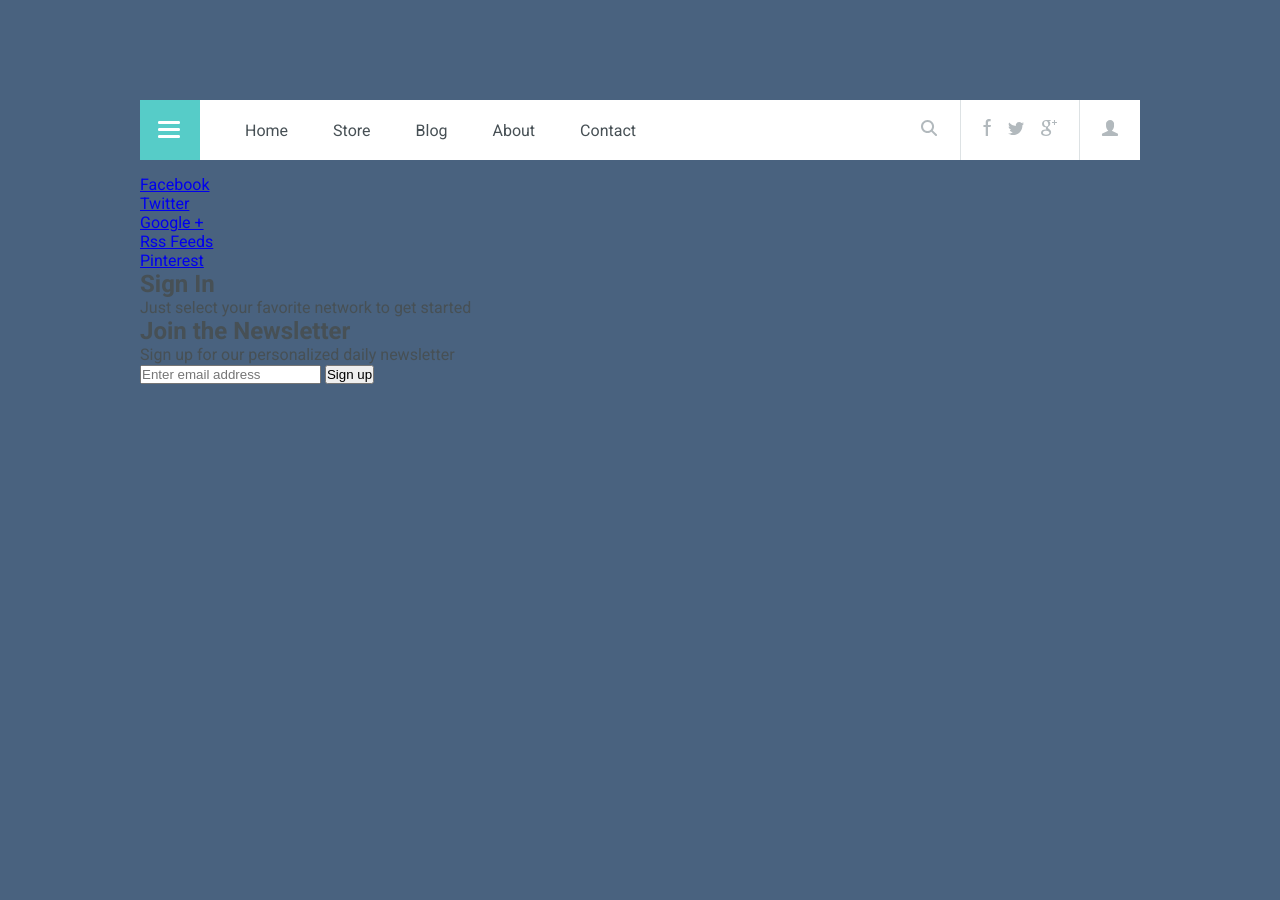
Repository: pawelczubak/WeeklyWebDevChallenge
Page: Challenge_4/index.html
The author's editor kept a copy of each file at every save. The page is drawn from the files as they stood at one save, then again after the next save.
The browser window is 1280 px wide. The pictures show the whole page.
Some web libraries are served in a nearby version.

Above is the page before, as saved 2020-04-27 19:00:51.

### Challenge_4/index.html
<!DOCTYPE html>
<html lang="en">

<head>
    <meta charset="UTF-8">
    <meta name="viewport" content="width=device-width, initial-scale=1.0">

    <title>Weekly WebDev Challenge - 4</title>

    <link href="https://fonts.googleapis.com/css2?family=Roboto:wght@300;400;700&display=swap" rel="stylesheet">
    <script src="https://kit.fontawesome.com/f64caa1a2c.js" crossorigin="anonymous"></script>

    <meta name="viewport" content="width = device-width, initial-scale=1, user-scalable=yes">
    <link rel="stylesheet" href="css/main.css">
</head>

<body>
    <div class="container">
        <!--  -----  NAVIGATION START  -----  -->
        <nav class="nav">
            <div class="nav-button">

                <svg xmlns="http://www.w3.org/2000/svg" xmlns:xlink="http://www.w3.org/1999/xlink" width="0.24in"
                    height="0.18in">
                    <path fill-rule="evenodd" fill="rgb(255, 255, 255)"
                        d="M20.653,17.008 L1.347,17.008 C0.603,17.008 -0.000,16.417 -0.000,15.690 L-0.000,15.372 C-0.000,14.644 0.603,14.055 1.347,14.055 L20.653,14.055 C21.397,14.055 22.000,14.644 22.000,15.372 L22.000,15.690 C22.000,16.417 21.397,17.008 20.653,17.008 ZM20.653,9.980 L1.347,9.980 C0.603,9.980 -0.000,9.390 -0.000,8.662 L-0.000,8.344 C-0.000,7.617 0.603,7.027 1.347,7.027 L20.653,7.027 C21.397,7.027 22.000,7.617 22.000,8.344 L22.000,8.662 C22.000,9.390 21.397,9.980 20.653,9.980 ZM20.653,2.952 L1.347,2.952 C0.603,2.952 -0.000,2.362 -0.000,1.635 L-0.000,1.317 C-0.000,0.589 0.603,-0.001 1.347,-0.001 L20.653,-0.001 C21.397,-0.001 22.000,0.589 22.000,1.317 L22.000,1.635 C22.000,2.362 21.397,2.952 20.653,2.952 Z" />
                </svg>

            </div>
            <ul class="nav-list">
                <li class="nav-list__item"><a href="#" class="nav-list__link">Home</a></li>
                <li class="nav-list__item"><a href="#" class="nav-list__link">Store</a></li>
                <li class="nav-list__item"><a href="#" class="nav-list__link">Blog</a></li>
                <li class="nav-list__item"><a href="#" class="nav-list__link">About</a></li>
                <li class="nav-list__item"><a href="#" class="nav-list__link">Contact</a></li>
            </ul>
            <div class="nav-icons">
                <div class="nav-icons__search">
                    <a href="#" class="nav-link__icon">
                        <svg xmlns="http://www.w3.org/2000/svg" xmlns:xlink="http://www.w3.org/1999/xlink"
                            width="0.18in" height="0.17in">
                            <path class="nav-icons__svg" fill-rule="evenodd" fill="rgb(178, 185, 189)"
                                d="M15.728,14.309 L11.786,10.388 C12.600,9.303 13.088,7.963 13.088,6.504 C13.088,2.908 10.157,-0.006 6.541,-0.006 C2.926,-0.006 -0.005,2.908 -0.005,6.504 C-0.005,10.100 2.926,13.014 6.541,13.014 C7.963,13.014 9.275,12.558 10.349,11.793 L14.304,15.726 C14.697,16.117 15.335,16.117 15.728,15.726 C16.121,15.335 16.121,14.700 15.728,14.309 ZM6.541,11.011 C4.038,11.011 2.009,8.994 2.009,6.504 C2.009,4.015 4.038,1.996 6.541,1.996 C9.044,1.996 11.073,4.015 11.073,6.504 C11.073,8.994 9.044,11.011 6.541,11.011 Z" />
                        </svg>
                    </a>
                </div>
                <ul class="nav-icons__social-list">
                    <li class="nav-icons__social-icons">
                        <a href="#" class="nav-link__icon">
                            <svg xmlns="http://www.w3.org/2000/svg" xmlns:xlink="http://www.w3.org/1999/xlink"
                                width="0.09in" height="0.18in">
                                <path class="nav-icons__svg" fill-rule="evenodd" fill="rgb(178, 185, 189)"
                                    d="M7.672,0.063 L6.069,0.063 C6.069,0.063 2.724,-0.188 2.724,3.338 C2.724,4.092 2.724,6.011 2.724,6.011 L0.453,6.011 L0.459,7.910 L2.723,7.910 L2.725,17.002 L5.000,17.002 L5.000,7.910 L7.507,7.910 L8.042,6.011 L5.013,6.011 L5.013,3.266 C5.013,3.266 4.988,2.341 6.072,2.341 L7.662,2.341 L7.672,0.063 Z" />
                            </svg>
                        </a>
                    </li>
                    <li class="nav-icons__social-icons">
                        <a href="#" class="nav-link__icon">
                            <svg xmlns="http://www.w3.org/2000/svg" xmlns:xlink="http://www.w3.org/1999/xlink"
                                width="0.17in" height="0.14in">
                                <path class="nav-icons__svg" fill-rule="evenodd" fill="rgb(178, 185, 189)"
                                    d="M16.027,1.547 C15.437,1.809 14.803,1.985 14.138,2.065 C14.817,1.659 15.338,1.015 15.584,0.250 C14.949,0.625 14.245,0.898 13.497,1.046 C12.897,0.408 12.043,0.009 11.097,0.009 C9.282,0.009 7.810,1.478 7.810,3.291 C7.810,3.547 7.839,3.799 7.895,4.039 C5.163,3.901 2.741,2.595 1.119,0.611 C0.837,1.095 0.674,1.658 0.674,2.259 C0.674,3.398 1.255,4.402 2.137,4.990 C1.598,4.974 1.091,4.825 0.648,4.579 C0.647,4.593 0.647,4.606 0.647,4.621 C0.647,6.211 1.781,7.537 3.285,7.838 C3.009,7.913 2.718,7.953 2.418,7.953 C2.207,7.953 2.000,7.933 1.800,7.894 C2.218,9.198 3.432,10.147 4.871,10.172 C3.746,11.053 2.328,11.578 0.788,11.578 C0.523,11.578 0.261,11.562 0.004,11.531 C1.459,12.462 3.187,13.006 5.043,13.006 C11.089,13.006 14.395,8.006 14.395,3.671 C14.395,3.529 14.393,3.387 14.387,3.246 C15.029,2.783 15.586,2.206 16.027,1.547 Z" />
                            </svg>
                        </a>
                    </li>
                    <li class="nav-icons__social-icons">
                        <a href="#" class="nav-link__icon">
                            <svg xmlns="http://www.w3.org/2000/svg" xmlns:xlink="http://www.w3.org/1999/xlink"
                                width="0.18in" height="0.18in">
                                <path class="nav-icons__svg" fill-rule="evenodd" fill="rgb(178, 185, 189)"
                                    d="M15.006,4.015 L15.006,5.999 L13.966,5.999 L13.966,4.015 L11.997,4.015 L11.997,3.013 L13.966,3.013 L13.966,0.971 L15.006,0.971 L15.006,3.013 L17.010,3.013 L17.010,4.015 L15.006,4.015 ZM8.900,2.055 C9.780,2.557 10.247,3.589 10.247,4.730 C10.247,5.777 9.666,6.620 8.845,7.259 C8.043,7.884 7.891,8.145 7.891,8.676 C7.891,9.129 8.849,9.803 9.290,10.132 C10.823,11.279 11.112,12.000 11.134,13.433 C11.162,15.338 9.199,17.001 6.054,17.001 C3.294,17.001 0.982,15.749 0.982,13.959 C0.982,11.258 2.897,10.385 5.657,10.385 C5.958,10.385 6.233,10.377 6.518,10.377 C6.141,10.013 5.836,9.697 5.836,9.144 C5.836,8.815 5.940,8.501 6.087,8.221 C5.938,8.231 5.785,8.241 5.627,8.241 C3.360,8.241 2.041,6.653 2.041,4.664 C2.041,2.715 4.050,0.969 6.459,0.969 C7.701,0.969 11.208,0.969 11.208,0.969 L10.147,2.055 L8.900,2.055 ZM6.121,11.642 C4.364,11.642 2.912,12.300 2.912,13.538 C2.912,14.799 4.207,15.828 5.999,15.828 C8.520,15.828 9.398,14.865 9.398,13.601 C9.398,13.449 9.394,13.295 9.341,13.156 C8.733,11.642 6.774,11.642 6.121,11.642 ZM8.249,4.923 C8.040,3.342 7.249,2.152 6.035,2.115 C4.820,2.079 3.755,3.182 3.966,4.764 C4.175,6.348 5.330,7.409 6.545,7.446 C7.760,7.481 8.458,6.507 8.249,4.923 Z" />
                            </svg>
                        </a>
                    </li>
                </ul>
                <div class="nav-icons__acount">
                    <a href="#" class="nav-link__icon">
                        <svg xmlns="http://www.w3.org/2000/svg" xmlns:xlink="http://www.w3.org/1999/xlink"
                            width="0.182in" height="0.18in">
                            <path class="nav-icons__svg" fill-rule="evenodd" fill="rgb(178, 185, 189)"
                                d="M15.993,17.030 L1.963,17.030 C1.394,17.030 0.932,16.569 0.932,15.999 L0.932,15.405 C0.932,14.535 1.963,14.374 1.963,14.374 L7.322,11.719 C5.880,10.561 5.056,8.283 5.056,7.156 L5.056,4.578 C5.056,2.871 6.903,0.969 9.181,0.969 C11.459,0.969 13.024,2.871 13.024,4.578 L13.024,7.156 C13.024,8.394 12.208,10.604 10.779,11.729 L15.993,14.374 C15.993,14.374 17.024,14.551 17.024,15.405 L17.024,15.999 C17.024,16.569 16.562,17.030 15.993,17.030 Z" />
                        </svg>
                    </a>
                </div>
            </div>
        </nav>

        <!--  -----  NAVIGATION END  -----  -->

        <!--  -----  MAIN START  -----  -->
        <main class="main">
            <!--  -----  MENU SECTION START  -----  -->
            <section class="menu-section"></section>
            <!--  -----  MENU SECTION END  -----  -->

            <!--  -----  SOCIAL SECTION START  -----  -->
            <section class="social-section">
                <article class="social-section__socials-container">
                    <ul class="socials-container__socials-list">
                        <li class="socials-container__socials-items">
                            <a href="#" class="socials-container__socials-link">Facebook</a>
                        </li>
                        <li class="socials-container__socials-items">
                            <a href="#" class="socials-container__socials-link">Twitter</a>
                        </li>
                        <li class="socials-container__socials-items">
                            <a href="#" class="socials-container__socials-link">Google +</a>
                        </li>
                        <li class="socials-container__socials-items">
                            <a href="#" class="socials-container__socials-link">Rss Feeds</a>
                        </li>
                        <li class="socials-container__socials-items">
                            <a href="#" class="socials-container__socials-link">Pinterest</a>
                        </li>
                    </ul>
                    <div class="socials-container__follow-items">
                        <div class="socials-container__facebook-container"></div>
                        <div class="socials-container__twitter-container"></div>
                    </div>
                </article>
                <article class="social-section__sign-in">
                    <h2 class="div socials-container__header">Sign In</h2>
                    <p class="sign-in__paragraph">Just select your favorite network to get started</p>
                </article>
                <article class="social-section__newsletter">
                    <h2 class="div socials-container__header">Join the Newsletter</h2>
                    <p class="newsletter__paragraph">Sign up for our personalized daily newsletter</p>
                    <form action="GET" class="newsletter__form">
                        <input placeholder="Enter email address" type="email" name="email" required
                            class="newsletter__input" autocomplete="off" />
                        <button class="newsletter__button" formenctype="multipart/form-data" type="submit">Sign
                            up</button>
                    </form>
                </article>
            </section>
            <!--  -----  SOCIAL SECTION END  -----  -->
        </main>
        <!--  -----  MAIN END  -----  -->


    </div>

    <script src="js/main.js" type="text/javascript"></script>
</body>

</html>

### Challenge_4/css/main.css
*,
*::after,
*::before {
    box-sizing: border-box;
    margin: 0;
    padding: 0;
}

/*------------------  GLOBAL START  ------------------*/
body {
    margin: 0;
    padding: 0;
    font: 16px 'Roboto', sans-serif;
    color: #475055;
    background-color: #49627f;
}

.container {
    max-width: 1000px;
    min-height: 700px;
    margin: 100px auto;
    overflow: hidden;
}

/*------------------  GLOBAL END  ------------------*/
/*------------------  NAV START  ------------------*/
.nav {
    position: relative;
    display: flex;
    justify-content: left;
    width: 100%;
    height: 60px;
    background-color: #ffffff;
    margin-bottom: 15px;
}

.nav-button {
    display: flex;
    align-items: center;
    justify-content: center;
    background-color: #56ccc8;
    width: 60px;
    cursor: pointer;
    pointer-events: none;
}

.nav-button:hover {
    background-color: #56ddd8;
}

.nav-list {
    display: flex;
    list-style: none;

}

.nav-list__item {
    padding-left: 45px;
    display: flex;
    align-items: center
}

.nav-list__link {
    text-decoration: none;
    color: #475055;
}

.nav-list__link:hover {
    color: #56ccc8;
}

.nav-icons {
    display: flex;
    align-items: center;
    margin-left: auto;
}

.nav-icons__search {
    width: 60px;
    display: flex;
    justify-content: center;
}

.nav-link__icon {}

.nav-icons__social-list {
    position: relative;
    display: flex;
    height: 100%;
    justify-content: space-around;
    align-items: center;
    width: 120px;
    padding: 0 15px;
}

.nav-icons__social-list::before,
.nav-icons__social-list::after {
    position: absolute;
    content: '';
    top: 0;
    height: 100%;
    width: 1px;
    background-color: #dde2e4;
}

.nav-icons__social-list::after {
    left: 0;
}

.nav-icons__social-list::before {
    right: 0;
}

.nav-icons__social-icons {
    list-style: none;
}

.nav-icons__acount {
    width: 60px;
    display: flex;
    justify-content: center;
}

.nav-link__icon:hover .nav-icons__svg {
    fill: #152840;
}

/*------------------  NAV END  ------------------*/

@media screen and (max-width: 1024px) {
    .container {
        max-width: 95%;
    }
}

@media screen and (max-width: 800px) {
    .container {
        margin: 15px auto;
    }

    /*------------------  NAV START  ------------------*/
    .nav-button {
        pointer-events: all;
    }

    .nav-list {
        position: absolute;
        flex-direction: column;
        background-color: #ffffff;
        width: 50%;
        top: 60px;
        left: 0;
        height: 500px;
        justify-content: space-around;
        align-items: center;
        transform: translateX(-101%);
        transition: all 0.2s ease-in;
    }

    .nav-list__item {
        opacity: 0;
        padding: 0;
    }

    /*------------------  NAV END  ------------------*/
}

.nav-list--active {
    transform: translateX(0%);
}

/*------------------  ANIMATIONS  ------------------*/
@keyframes navLinkFade {
    from {
        opacity: 0;
        transform: translateX(-50px);
    }

    to {
        opacity: 1;
        transform: translateX(0px);
    }
}

### Challenge_4/js/main.js
const navSlide = () => {
    const burger = document.querySelector('.nav-button');
    const nav = document.querySelector('.nav-list');
    const navLinks = document.querySelectorAll('.nav-list__item');



    burger.addEventListener('click', () => {
        //Toggle nav
        nav.classList.toggle('nav-list--active');

        //Animate links
        navLinks.forEach((link, index) => {
            if (link.style.animation) {
                link.style.animation = ''
            } else {
                link.style.animation = `navLinkFade 0.5s ease forwards ${index / 7 + 0.2}s`;
            }

        });
    });


}

navSlide();

After the next save:
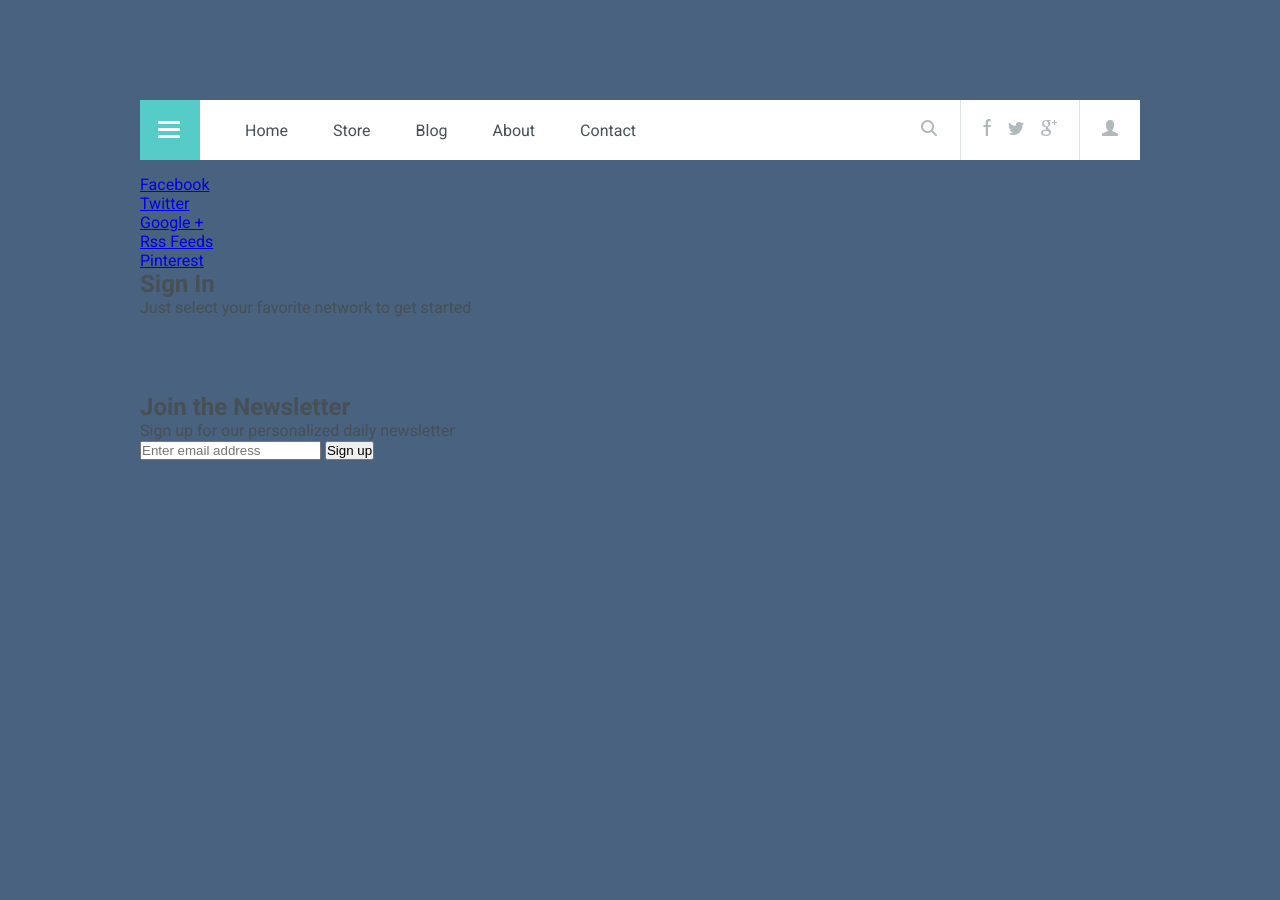
Saved 6 min 12 s later.
--- a/Challenge_4/index.html
+++ b/Challenge_4/index.html
@@ -119,11 +119,17 @@
                     </div>
                 </article>
                 <article class="social-section__sign-in">
-                    <h2 class="div socials-container__header">Sign In</h2>
+                    <h2 class="socials-container__header">Sign In</h2>
                     <p class="sign-in__paragraph">Just select your favorite network to get started</p>
+                    <ul class="sign-in__list">
+                        <li class="sign-in__item"><a href="" class="sign-in__link"></a></li>
+                        <li class="sign-in__item"><a href="" class="sign-in__link"></a></li>
+                        <li class="sign-in__item"><a href="" class="sign-in__link"></a></li>
+                        <li class="sign-in__item"><a href="" class="sign-in__link"></a></li>
+                    </ul>
                 </article>
                 <article class="social-section__newsletter">
-                    <h2 class="div socials-container__header">Join the Newsletter</h2>
+                    <h2 class="socials-container__header">Join the Newsletter</h2>
                     <p class="newsletter__paragraph">Sign up for our personalized daily newsletter</p>
                     <form action="GET" class="newsletter__form">
                         <input placeholder="Enter email address" type="email" name="email" required
